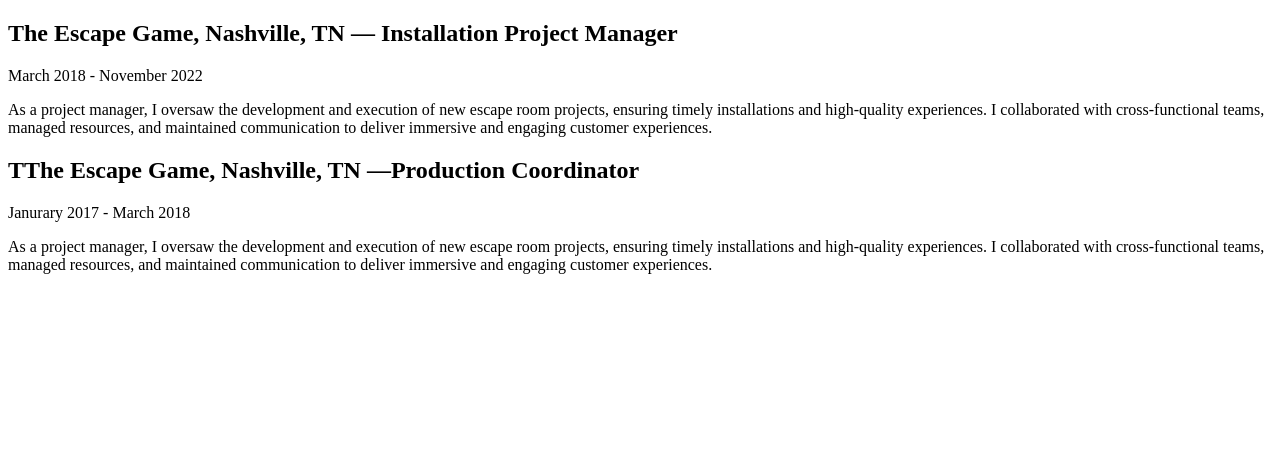
Repository: jgramirez0210/LAB-HTML-Resume
Page: index.html
These files come from the project's save history. The page is drawn as it stood at one moment and after the next save; the edit follows.
The browser window is 1280 px wide. The pictures show the whole page.

Above is the page before, as saved 2023-10-09 21:24:11.

### index.html
<!DOCTYPE html>
<html lang="en">
<head>
  <meta charset="UTF-8">
  <meta name="viewport" content="width=device-width, initial-scale=1.0">
  <title>Jesse's Work Experience</title>
</head>
<body>
  <article>
    <h2>The Escape Game, Nashville, TN — Installation Project Manager </h2>
    <time datetime="2018-03" >March 2018</time> - <time datetime="2022-10" >November 2022</time></time>
    <p>As a project manager, I oversaw the development and execution of new escape room projects, ensuring timely installations and high-quality experiences. I collaborated with cross-functional teams, managed resources, and maintained communication to deliver immersive and engaging customer experiences.</p>
  </article>
  <article>
    <h2>TThe Escape Game, Nashville, TN —Production Coordinator</h2>
    <time datetime="2017-01" >Janurary 2017</time> - <time datetime="2018-3" >March 2018</time></time>
    <p>As a project manager, I oversaw the development and execution of new escape room projects, ensuring timely installations and high-quality experiences. I collaborated with cross-functional teams, managed resources, and maintained communication to deliver immersive and engaging customer experiences.</p>
  </article>

</body>
</html>

After the next save:
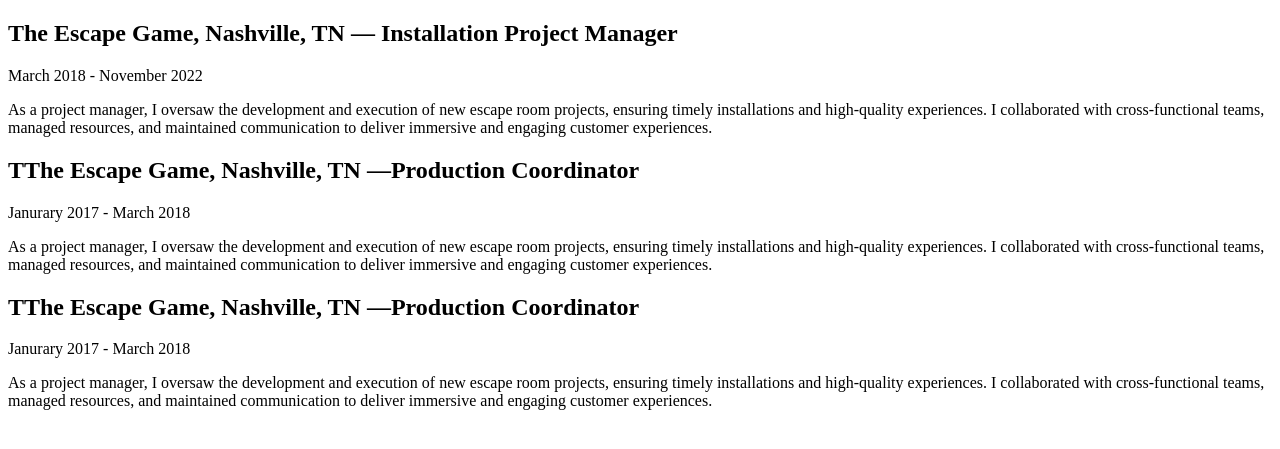
Saved 4 s later.
--- a/index.html
+++ b/index.html
@@ -16,6 +16,10 @@
     <time datetime="2017-01" >Janurary 2017</time> - <time datetime="2018-3" >March 2018</time></time>
     <p>As a project manager, I oversaw the development and execution of new escape room projects, ensuring timely installations and high-quality experiences. I collaborated with cross-functional teams, managed resources, and maintained communication to deliver immersive and engaging customer experiences.</p>
   </article>
-
+  <article>
+    <h2>TThe Escape Game, Nashville, TN —Production Coordinator</h2>
+    <time datetime="2017-01" >Janurary 2017</time> - <time datetime="2018-3" >March 2018</time></time>
+    <p>As a project manager, I oversaw the development and execution of new escape room projects, ensuring timely installations and high-quality experiences. I collaborated with cross-functional teams, managed resources, and maintained communication to deliver immersive and engaging customer experiences.</p>
+  </article>
 </body>
 </html>
